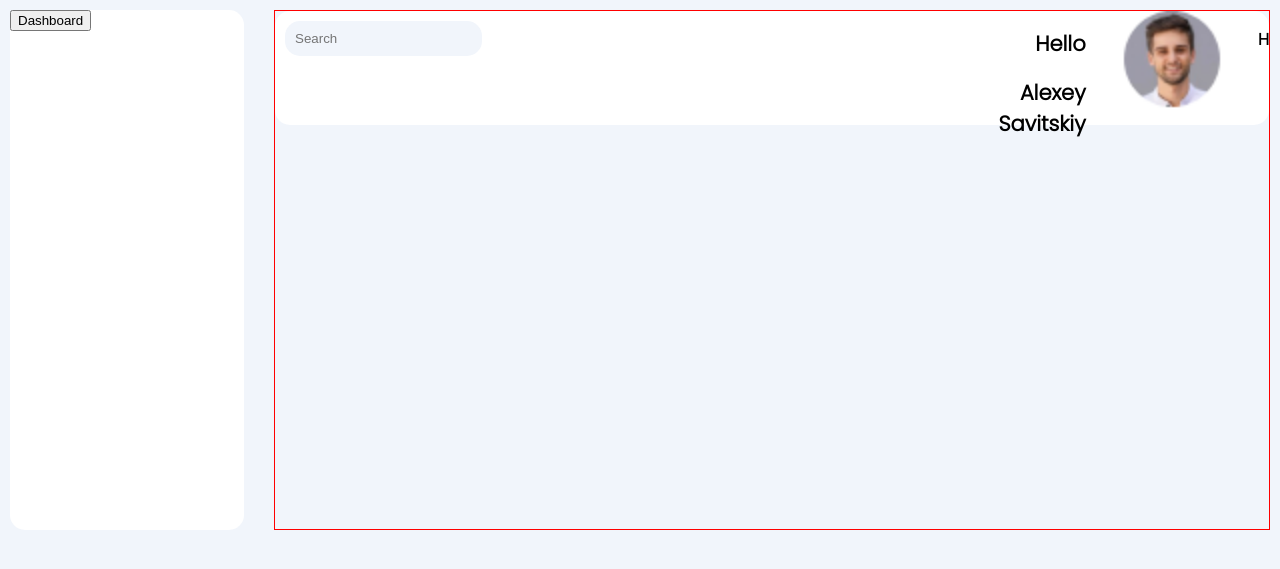
Repository: Anuruddha00/dashboard-design
Page: /
These files come from the project's save history. The page is drawn as it stood at one moment and after the next save; the edit follows.
The browser window is 1280 px wide. The pictures show the whole page.
The project was rebuilt for these pictures with package versions that can differ from the ones it lists, and the page was loaded fresh each time.

Above is the page before, as saved 2021-05-07 00:11:37.

After the next save:
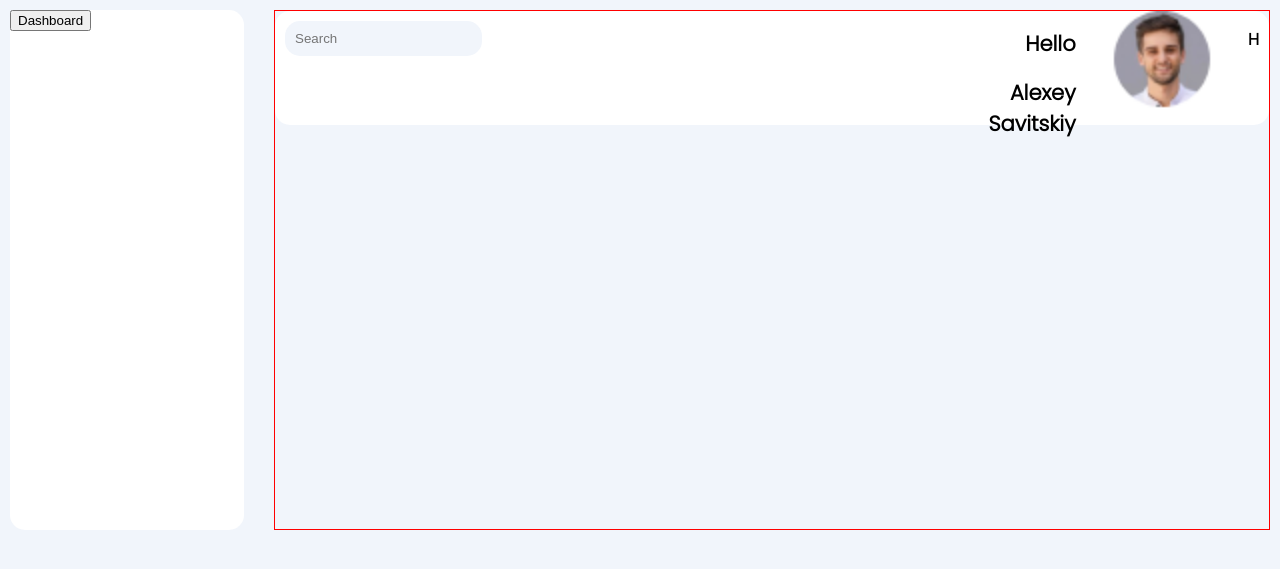
Saved 25 s later.
--- a/src/containers/Dashboard/Dashboard.scss
+++ b/src/containers/Dashboard/Dashboard.scss
@@ -56,6 +56,7 @@ body{
                         display: flex;
                         flex-direction: row;
                         gap: 2em;
+                        margin-right: 10px;
 
                         &Name{
                             text-align: end;
